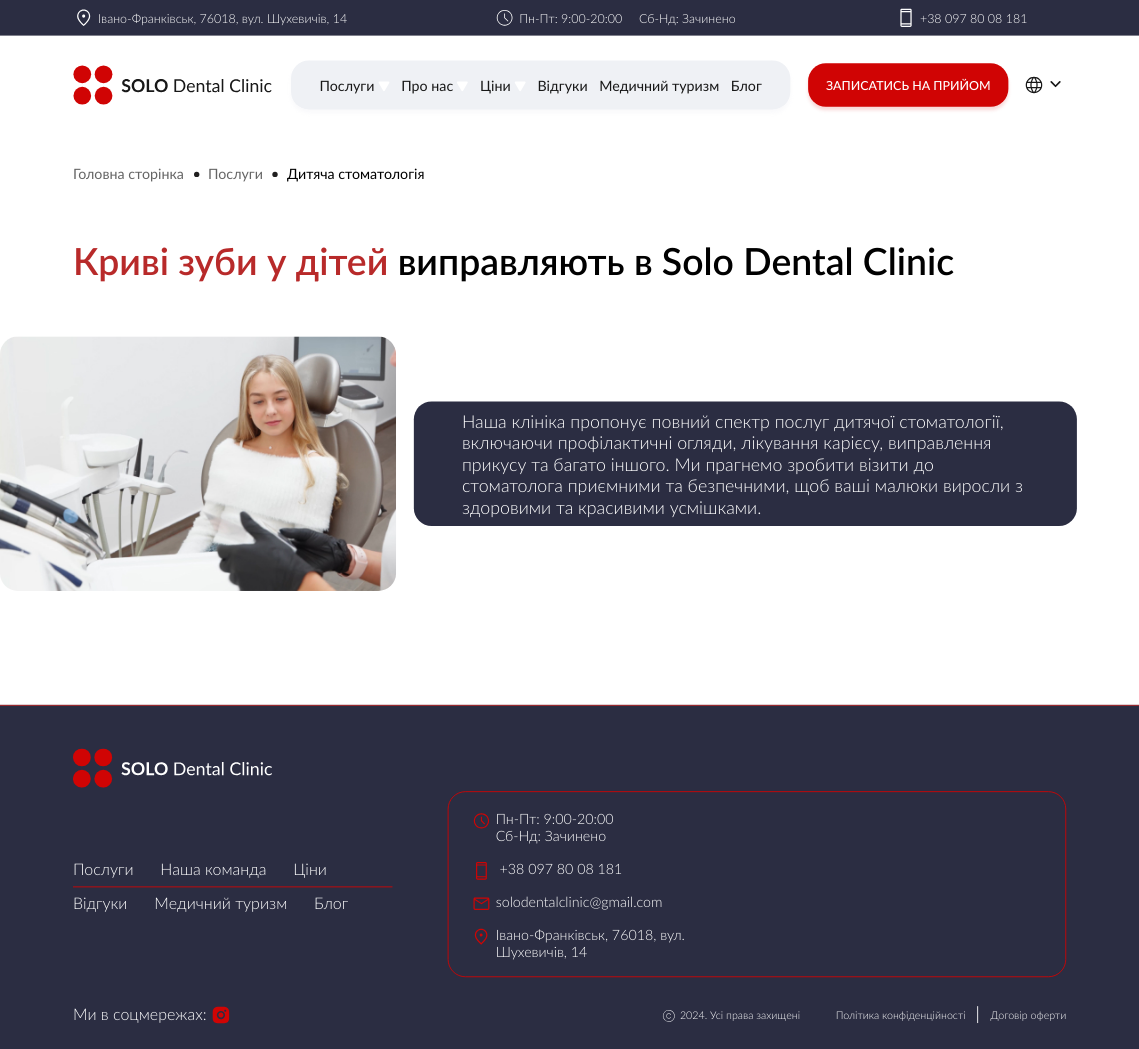
Repository: TarasDutchak/dental-clinic
Page: pediatric-dentistry.html
The author's editor kept a copy of each file at every save. The page is drawn from the files as they stood at one save, then again after the next save.
The browser window is 1280 px wide. The pictures show the whole page, at 89% of full size.
Pictures or frames that could not be fetched are drawn as grey boxes.

Above is the page before, as saved 2024-12-31 07:51:26.

After the next save:
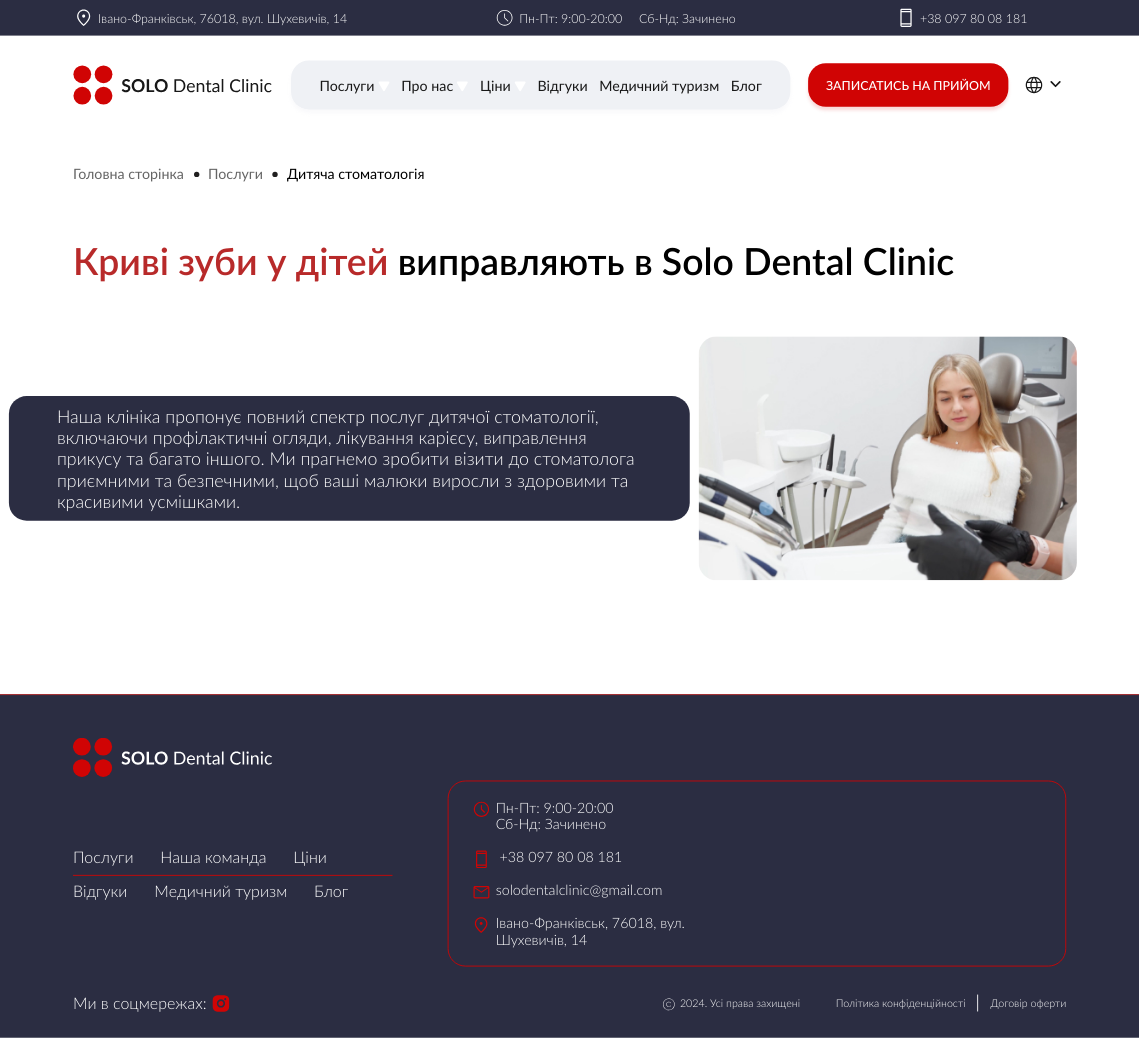
Saved 6 s later.
--- a/pediatric-dentistry.html
+++ b/pediatric-dentistry.html
@@ -170,7 +170,7 @@
             </div>
             <div class="reversesect">
                 <div class="container-r0">
-                    <div class="d-flex align-items-center">
+                    <div class="row align-items-center">
                         <div class="reversesect__left">
                             <div class="descr">
                                 <p>

After the save that followed:
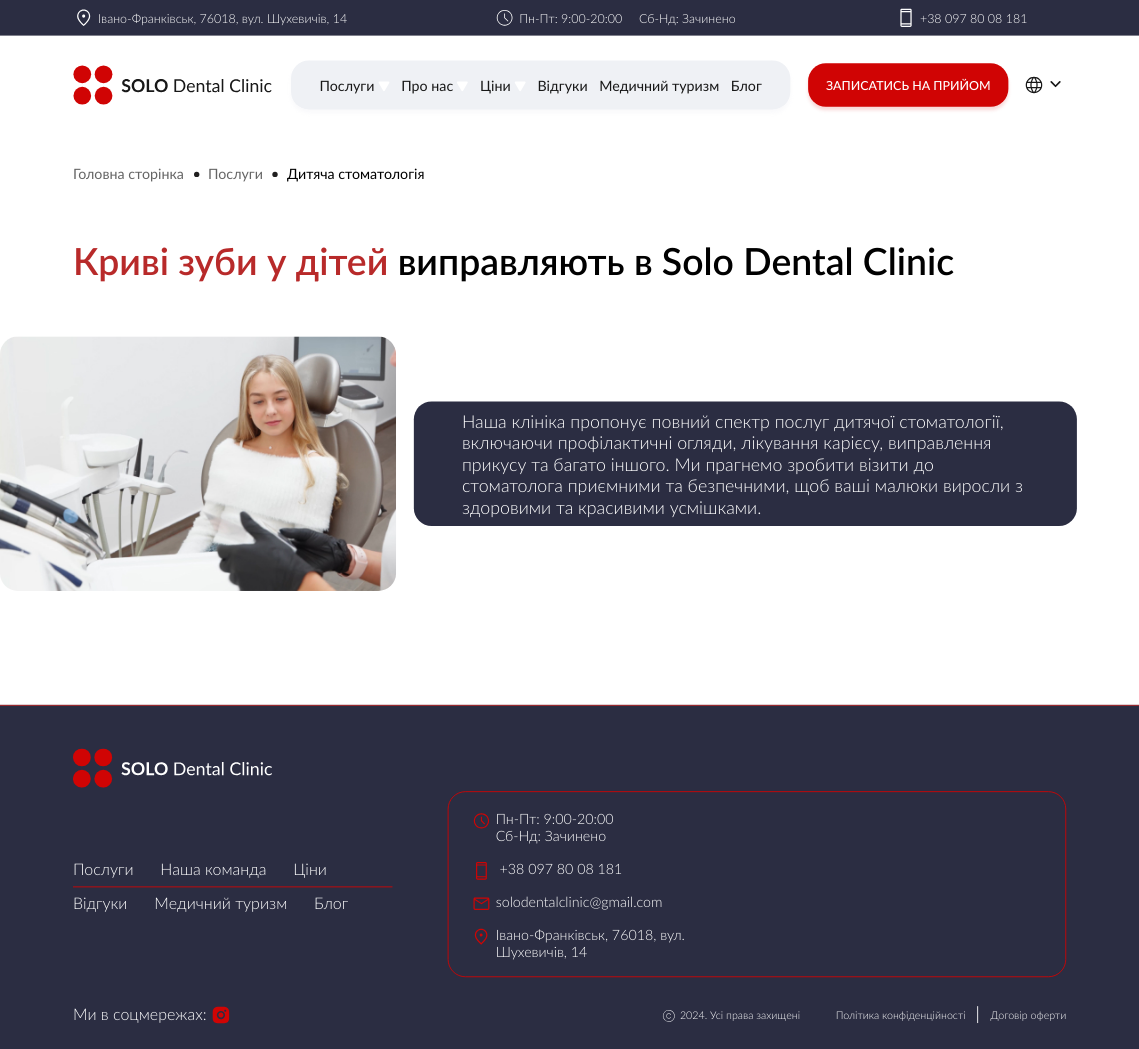
Saved 7 s later.
--- a/pediatric-dentistry.html
+++ b/pediatric-dentistry.html
@@ -170,7 +170,7 @@
             </div>
             <div class="reversesect">
                 <div class="container-r0">
-                    <div class="row align-items-center">
+                    <div class="d-flex align-items-center">
                         <div class="reversesect__left">
                             <div class="descr">
                                 <p>
